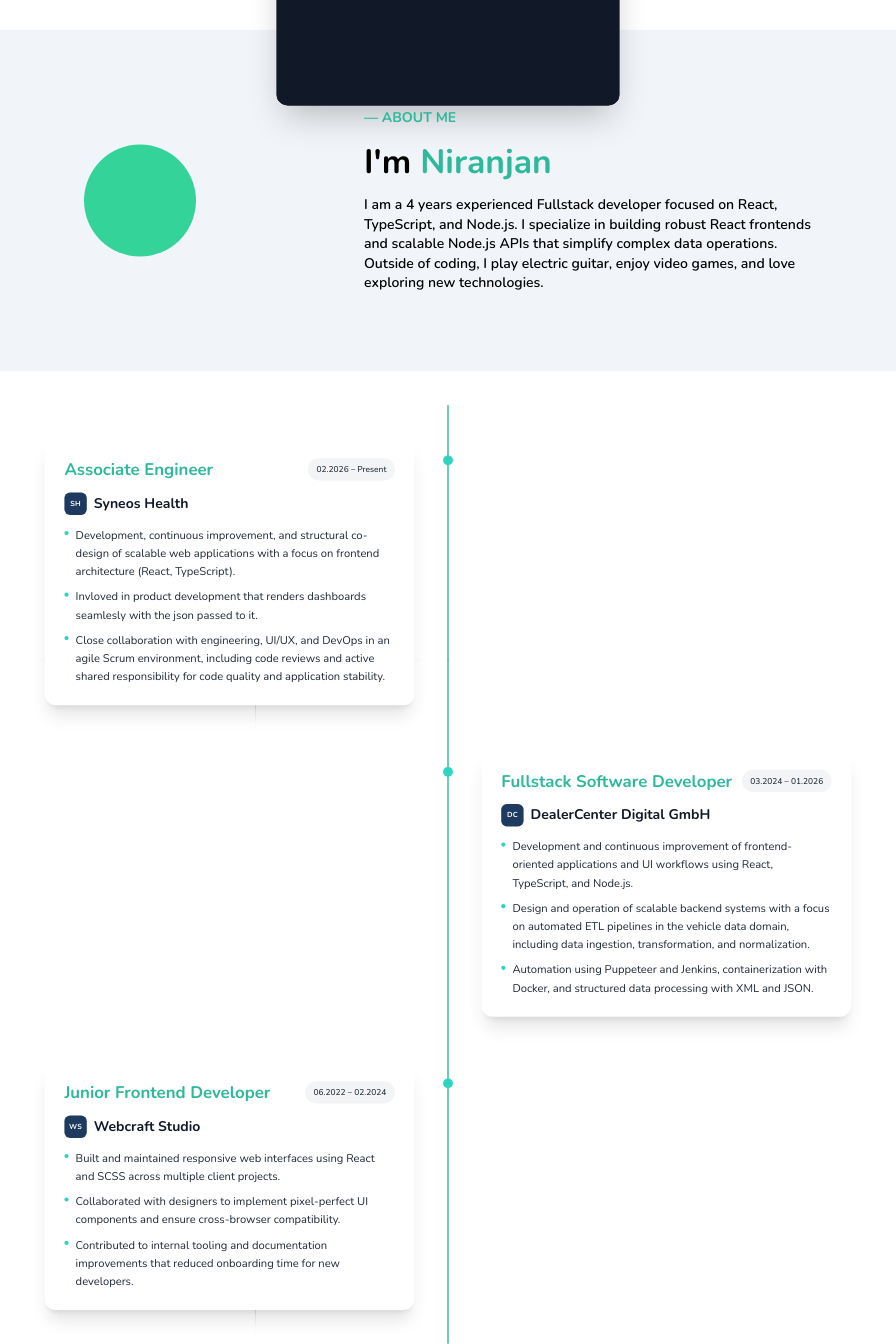
Repository: Niranjan-webdev/My-portfolio
Page: /
An editor plug-in stored every save of this project. The page is shown before and after the next save, followed by the edit.
The browser window is 1280 px wide. The pictures show the part of the page from y = 661 to 2581 px (the page is 2581 px tall), at 70% of full size.
The project was rebuilt for these pictures with package versions that can differ from the ones it lists, and the page was loaded fresh each time. Also part of the build but not shown: next.config.mjs.

Above is the page before, as saved 2026-03-21 12:19:06.

After the next save:
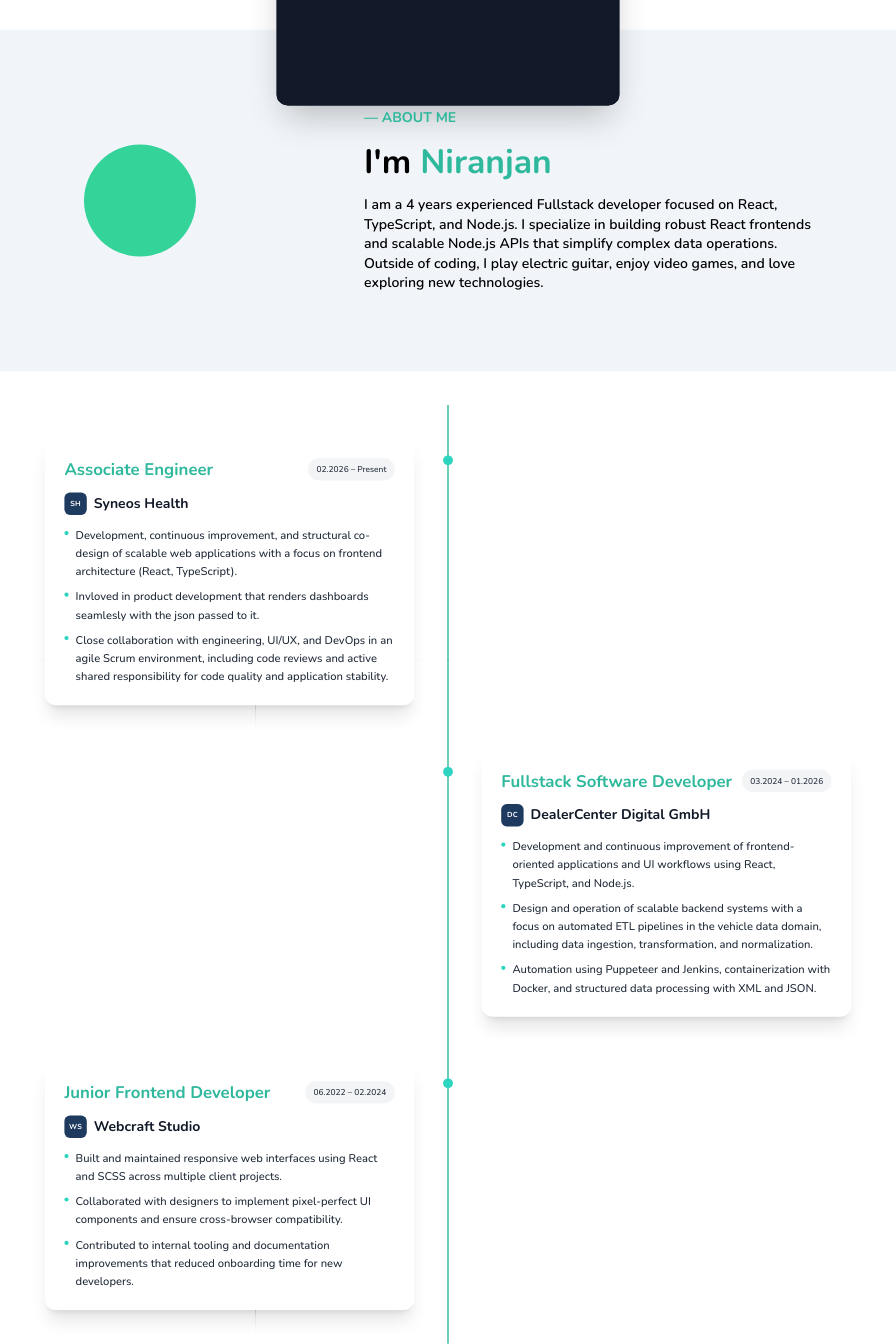
Saved 5 s later.
--- a/src/components/TimelineCard.js
+++ b/src/components/TimelineCard.js
@@ -26,7 +26,7 @@ function TimelineCard({ item }) {
         {/* Bullets */}
         <ul className="flex flex-col gap-2.5 p-0 m-0 list-none">
           {item.bullets.map((b, i) => (
-            <li key={i} className="flex gap-2.5 text-base font-[400] text-gray-800 leading-relaxed">
+            <li key={i} className="flex gap-2.5 text-base font-[500] text-gray-800 leading-relaxed">
               <span className="w-1.5 h-1.5 rounded-full bg-[#2dd4bf] shrink-0 mt-[7px]" />
               <span>{b}</span>
             </li>
